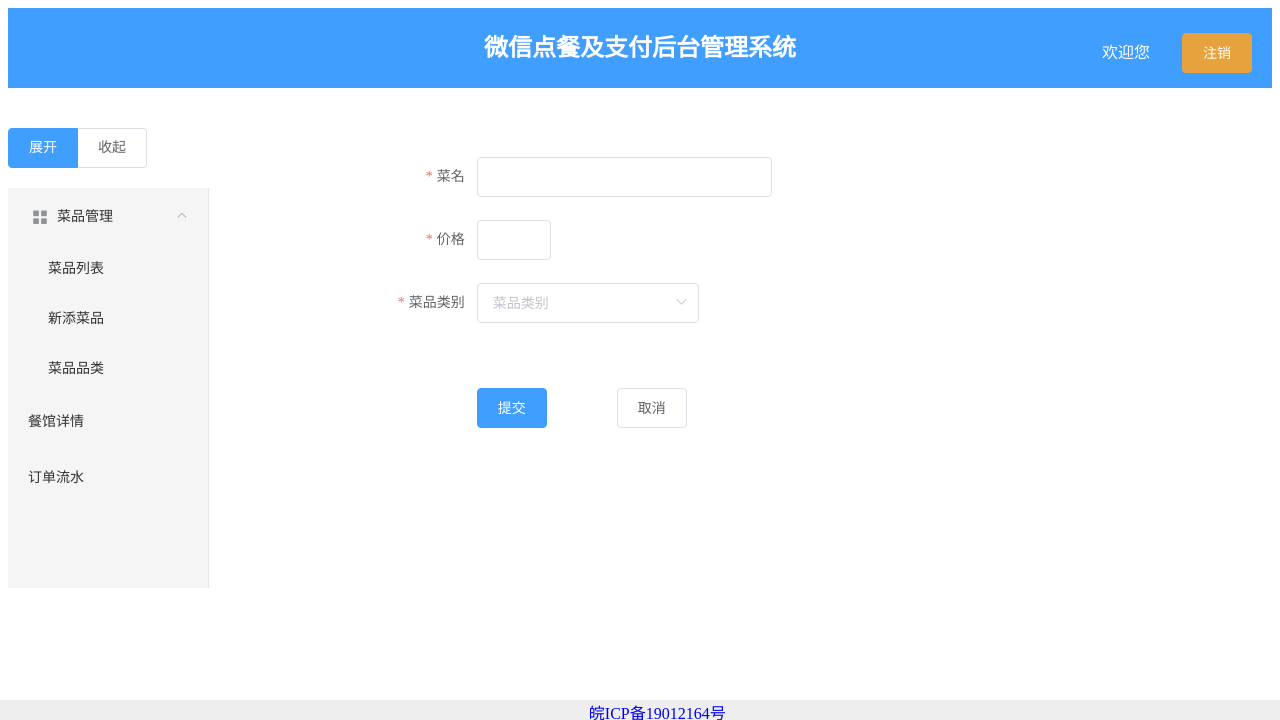
Repository: align-shi/order-web
Page: /pointpayment/hotelTable
An editor plug-in stored every save of this project. The page is shown before and after the next save, followed by the edit.
The browser window is 1280 px wide. The pictures show the whole page.
The page's requests for data from a server got no answer. The project was rebuilt for these pictures with package versions that can differ from the ones it lists, and the page was loaded fresh each time. No one was signed in, and anything a server would have sent is missing. Also part of the build but not shown: src/pages/login.vue.

Above is the page before, as saved 2020-03-11 10:38:22.

After the next save:
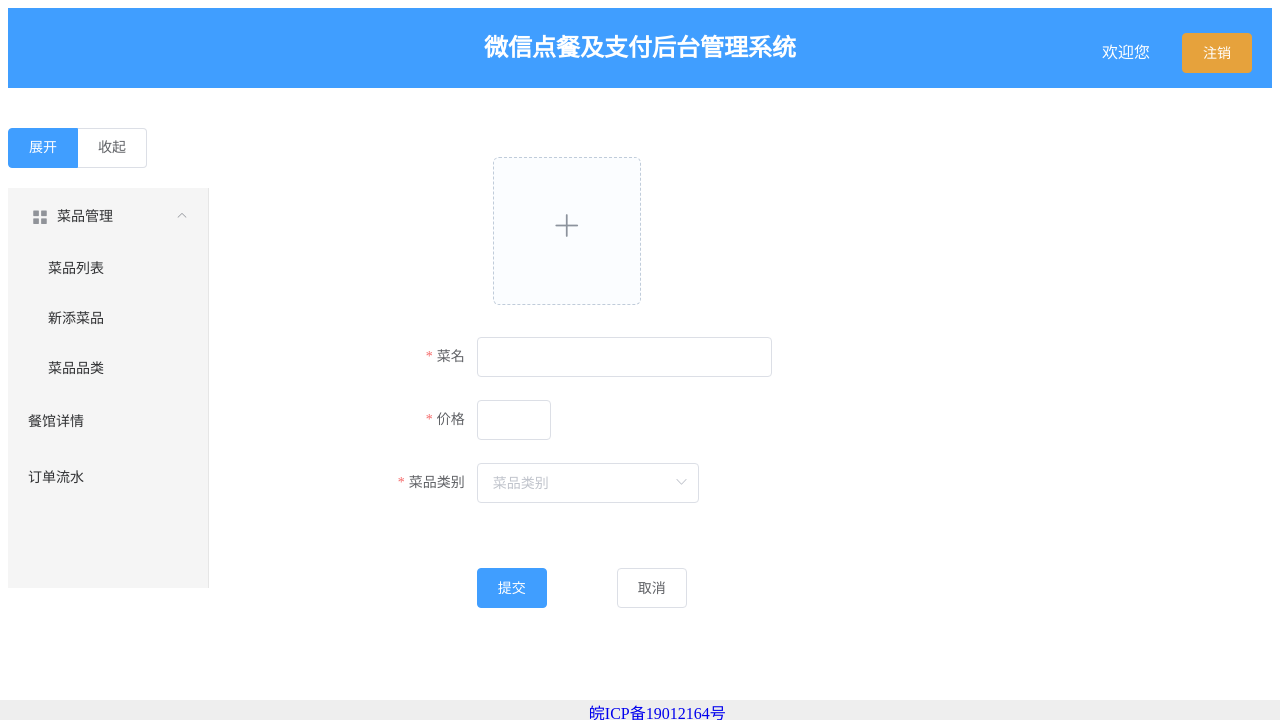
Saved 9 h 45 min later.
--- a/src/components/hotelTable.vue
+++ b/src/components/hotelTable.vue
@@ -1,9 +1,21 @@
 <template>
     <div class="form">
 
-        <el-dialog :visible.sync="dialogVisible">
+        <el-upload
+            class="upload"
+            action=""
+            list-type="picture-card"
+            :on-preview="handlePictureCardPreview"
+            :on-remove="handleRemove"
+            :limit = 1
+            :before-upload="UpladFile"
+            >
+            <!--  :on-change="saveFile"  :auto-upload="false"  :on-change="saveFile" :auto-upload="false" :before-upload="UpladFile" -->
+            <i class="el-icon-plus"></i>
+          </el-upload>
+          <el-dialog :visible.sync="dialogVisible">
             <img width="100%" :src="dialogImageUrl" alt="">
-        </el-dialog>
+            </el-dialog>
 
         <el-form :model="form" label-width="80px" :rules="formRules" ref="form">
             <el-form-item label="菜名" prop="dishes">
